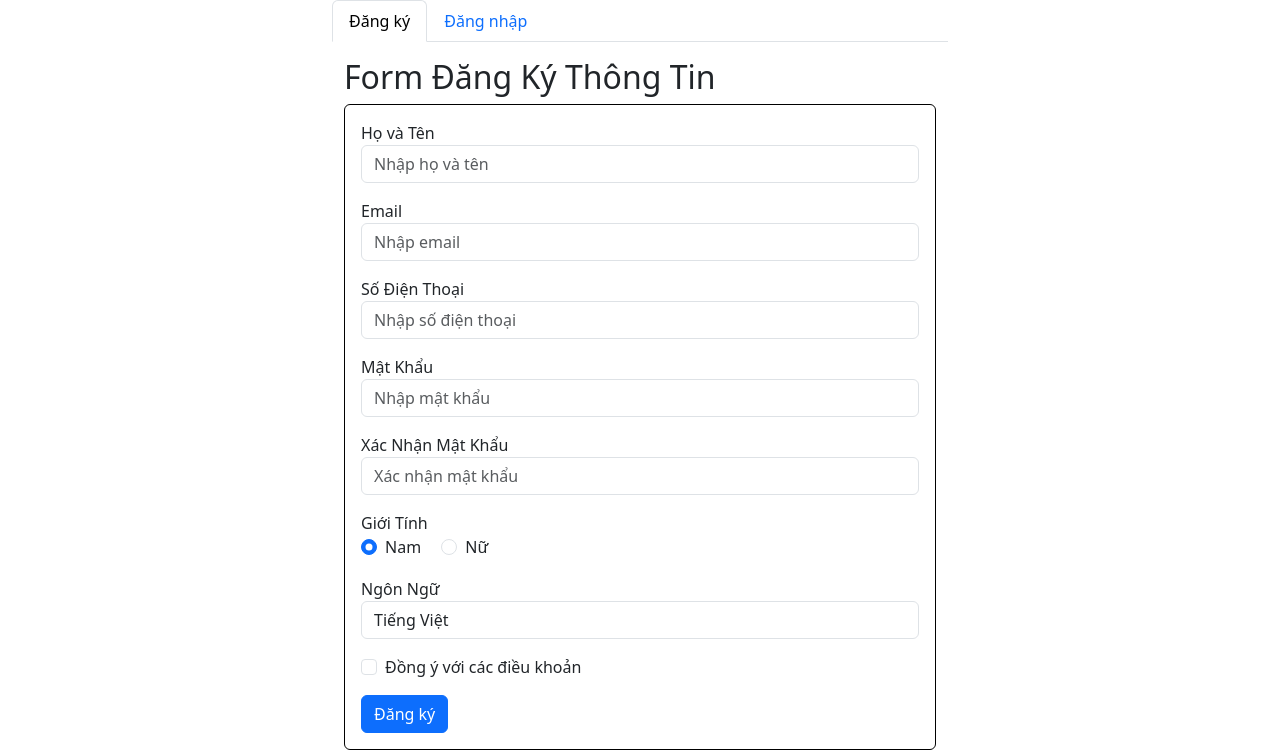
Repository: KizukoHeiwa/SOF308
Page: Lab2/bai3.html
The author's editor kept a copy of each file at every save. The page is drawn from the files as they stood at one save, then again after a run of saves.
The browser window is 1280 px wide. The pictures show the whole page.

Above is the page before, as saved 2024-11-07 10:24:43.

After the next 2 saves:
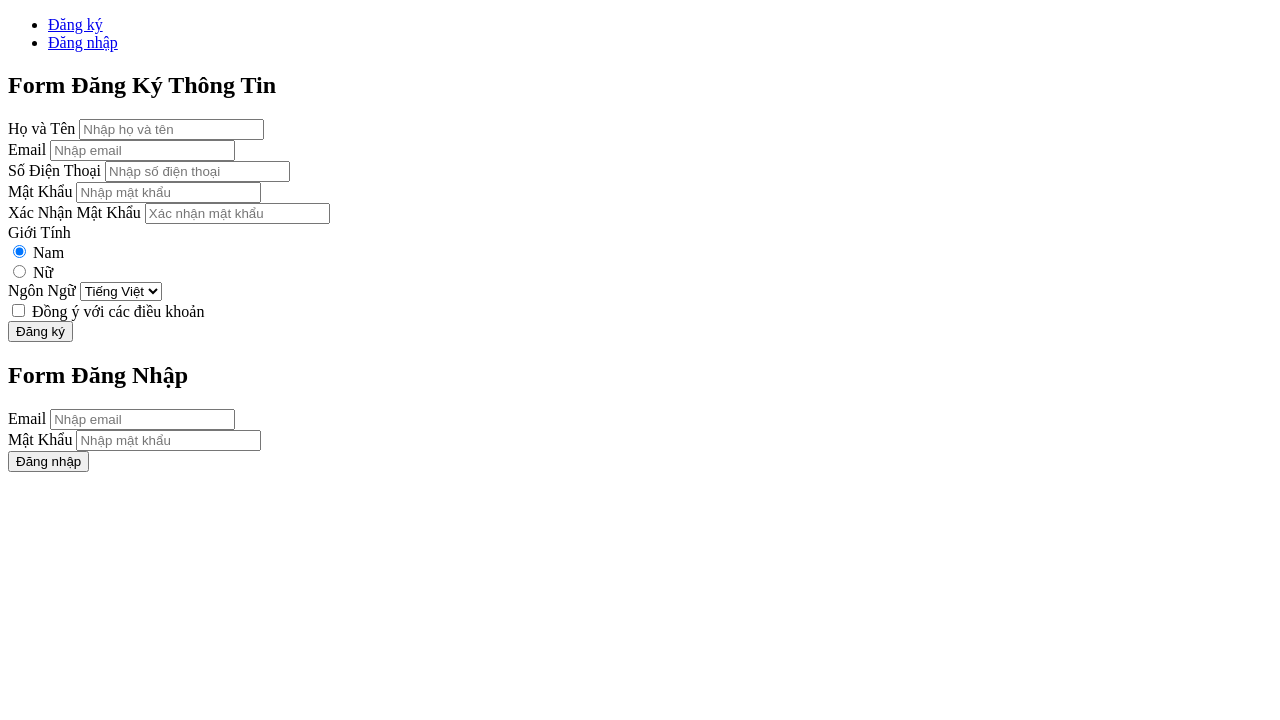
The 2 saves are shown as one change because they came seconds apart.
The last was saved 9 s later.
--- a/Lab2/bai3.html
+++ b/Lab2/bai3.html
@@ -83,9 +83,5 @@
             </div>
         </div>
     </div>
-    <link href="https://cdn.jsdelivr.net/npm/bootstrap@5.3.3/dist/css/bootstrap.min.css" rel="stylesheet">
-    <link rel="stylesheet" href="https://cdnjs.cloudflare.com/ajax/libs/font-awesome/6.0.0-beta3/css/all.min.css">
-    <script src="https://cdn.jsdelivr.net/npm/bootstrap@5.3.3/dist/js/bootstrap.bundle.min.js"></script>
 </body>
-
 </html>

After the save that followed:
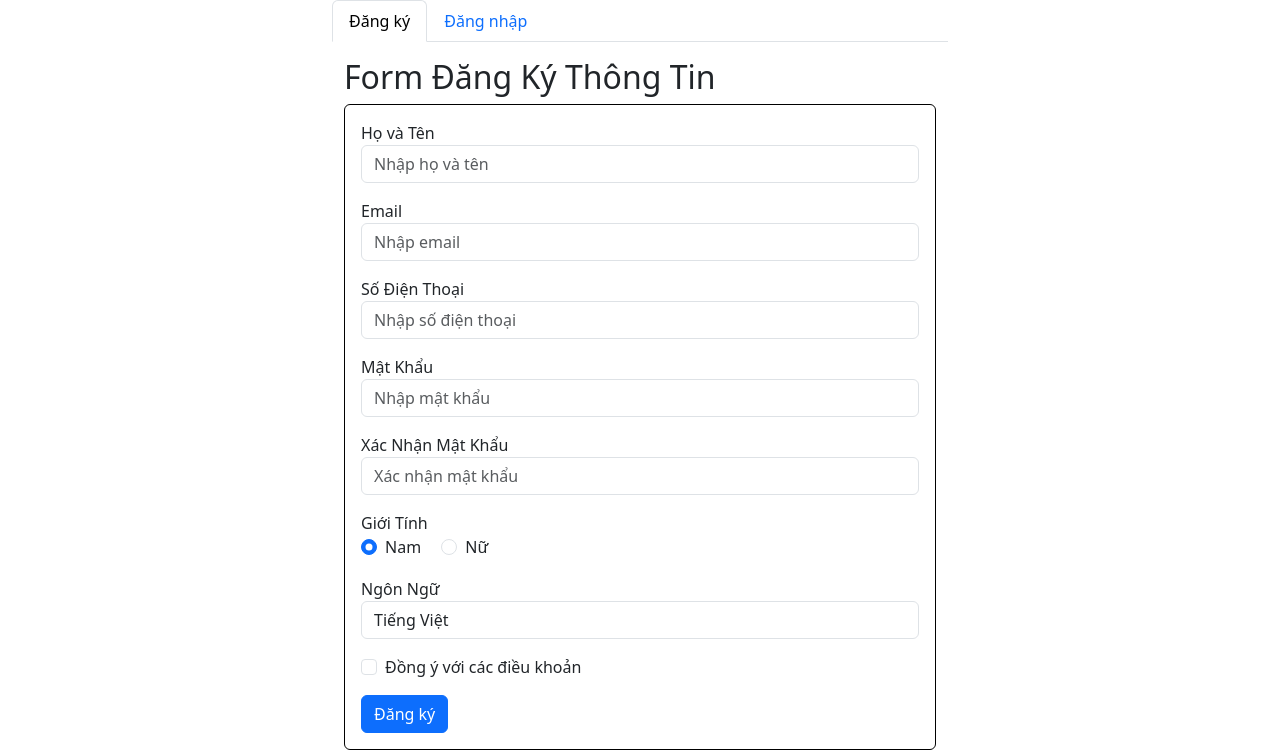
Saved 6 s later.
--- a/Lab2/bai3.html
+++ b/Lab2/bai3.html
@@ -5,6 +5,9 @@
     <meta charset="UTF-8">
     <meta name="viewport" content="width=device-width, initial-scale=1.0">
     <title>FPT Polytechnic</title>
+    <link href="https://cdn.jsdelivr.net/npm/bootstrap@5.3.3/dist/css/bootstrap.min.css" rel="stylesheet">
+    <link rel="stylesheet" href="https://cdnjs.cloudflare.com/ajax/libs/font-awesome/6.0.0-beta3/css/all.min.css">
+    <script src="https://cdn.jsdelivr.net/npm/bootstrap@5.3.3/dist/js/bootstrap.bundle.min.js"></script>
 </head>
 
 <body>
